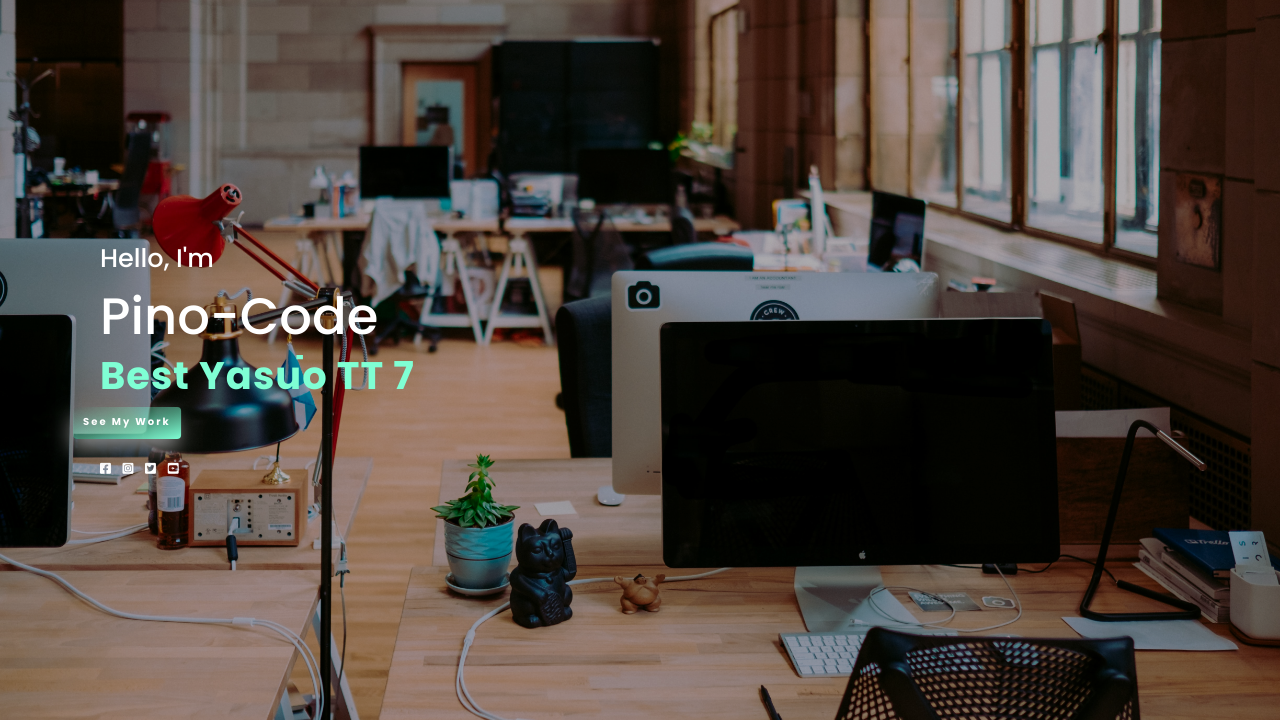
Repository: Pinocoding/New
Page: index.html
These files come from the project's save history. The page is drawn as it stood at one moment and after the next save; the edit follows.
The browser window is 1280 px wide. The pictures show the whole page.
The pointer rests on the first visible `.btn`.

Above is the page before, as saved 2021-10-11 22:47:05.

After the next save:
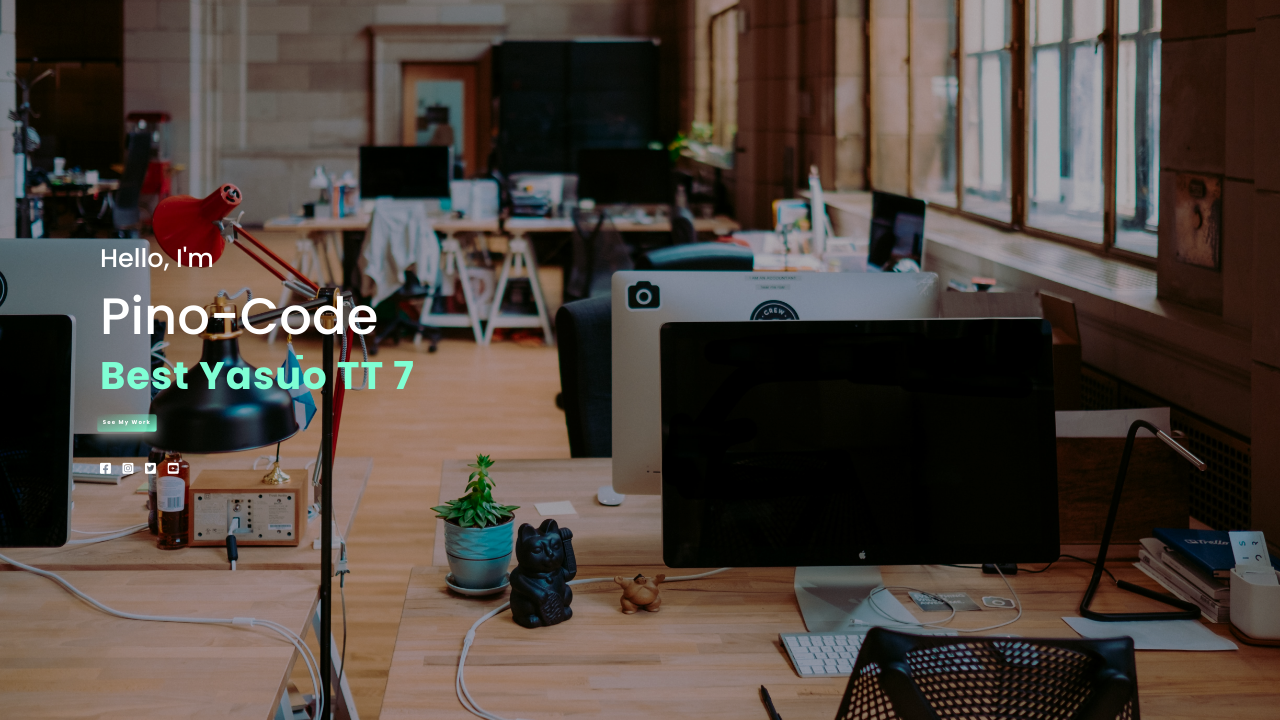
Saved 4 s later.
--- a/style.css
+++ b/style.css
@@ -91,7 +91,7 @@ section {
   box-shadow: -1px 5px 10px #888888;
 }
 .btn:hover {
-  transform: scale(2);
+  transform: scale(1.1);
 }
 
 .media-icon {
